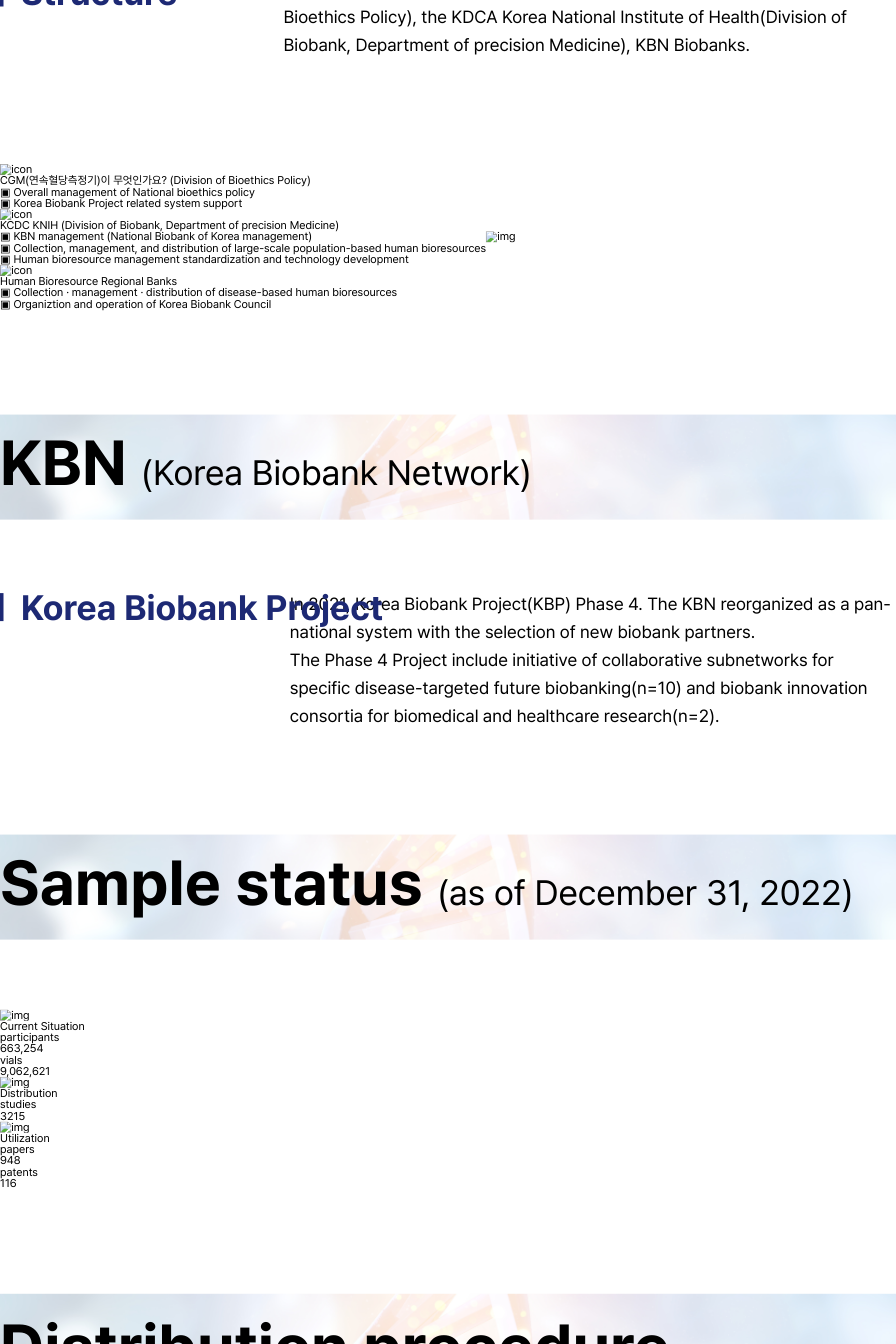
Repository: dlgywls1130/kbn_makedit
Page: index.html
These files come from the project's save history. The page is drawn as it stood at one moment and after the next save; the edit follows.
The browser window is 1280 px wide. The pictures show the part of the page from y = 1746 to 3666 px (the page is 4775 px tall before and 4877 px after), at 70% of full size.
Some web libraries are served in a nearby version.

Above is the page before, as saved 2023-10-15 16:08:10.

After the next save:
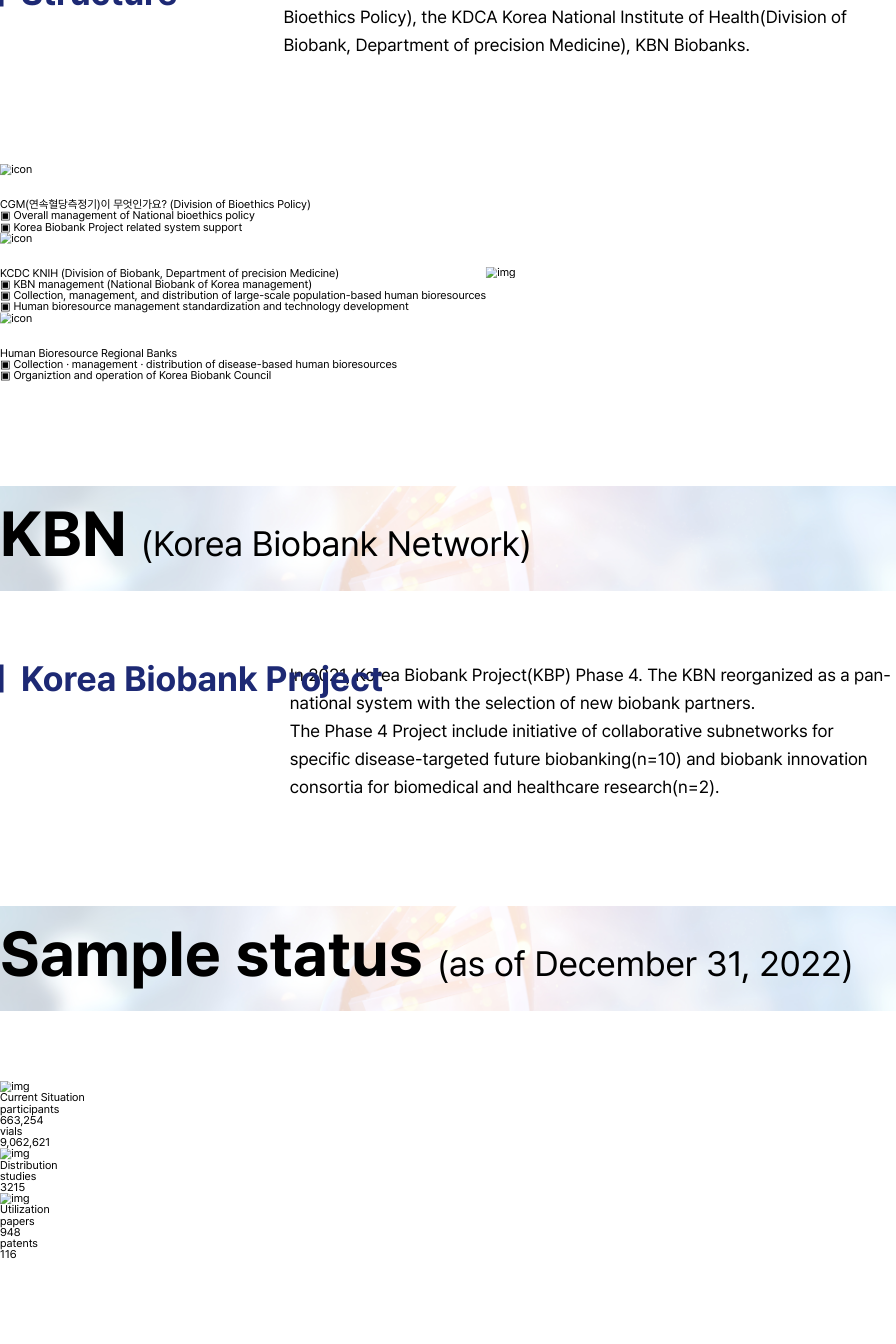
Saved 71 s later.
--- a/css/style.css
+++ b/css/style.css
@@ -301,3 +301,13 @@
     display: flex;
     align-items: center;
 }
+
+.accordion-item .acodian_icon{
+    width: 50px;
+    height: 50px;
+}
+
+.accordion-item .acodian_icon img{
+    width: 100%;
+    height: 100%;
+}
